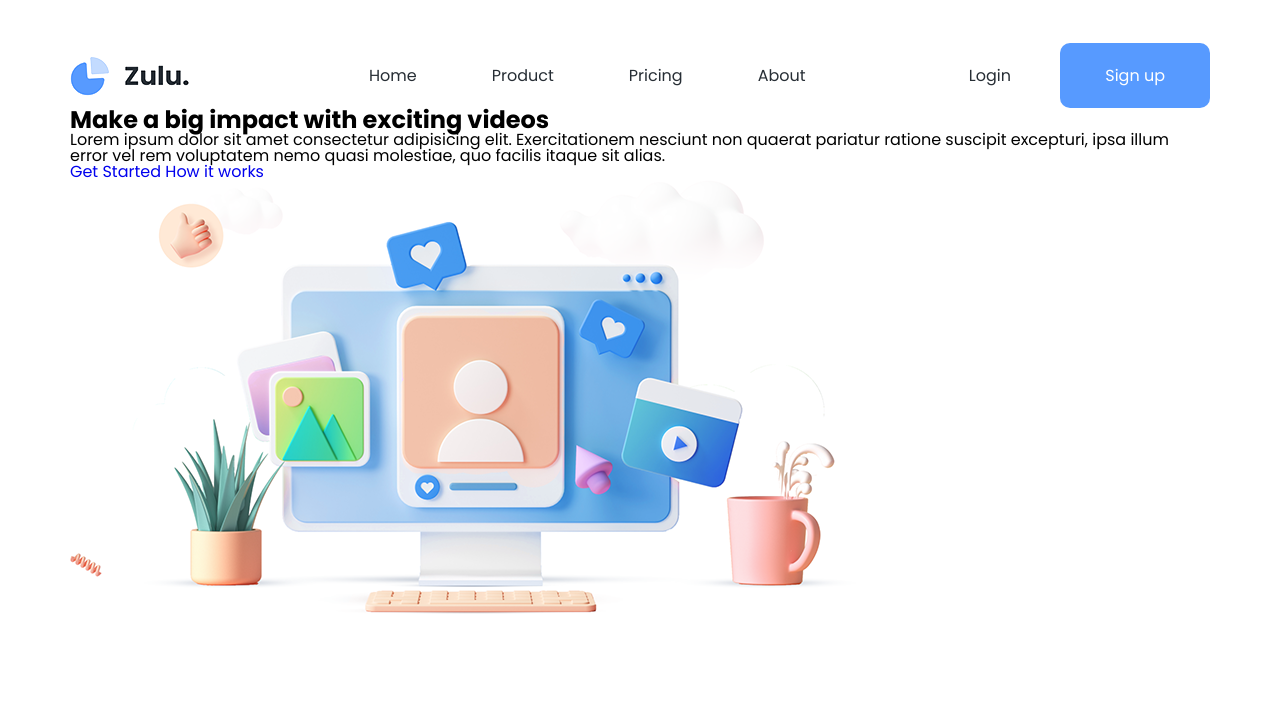
Repository: baodien1405/zulu-landing-page
Page: index.html
These files come from the project's save history. The page is drawn as it stood at one moment and after the next save; the edit follows.
The browser window is 1280 px wide. The pictures show the whole page.
The style sheet was rebuilt from its Sass, Less or Tailwind sources for each picture, by a compiler version that may differ from the author's.

Above is the page before, as saved 2021-06-22 15:38:38.

### index.html
<!DOCTYPE html>
<html lang="en">
<head>
  <meta charset="UTF-8">
  <meta http-equiv="X-UA-Compatible" content="IE=edge">
  <meta name="viewport" content="width=device-width, initial-scale=1.0">
  <link rel="preconnect" href="https://fonts.gstatic.com">
  <link href="https://fonts.googleapis.com/css2?family=Poppins:wght@300;400;600;700&display=swap" rel="stylesheet">
  <link rel="stylesheet" href="./styles.css">
  <title>Zulu</title>
</head>
<body>
  <div class="wrapper">
    <div class="container">
      <header class="header">
        <a href="index.html" class="header-logo">
          <img src="/images/logo.png" alt="" class="header-logo-image">
        </a>
        <ul class="header-menu">
          <li class="header-menu-item">
            <a href="#" class="header-menu-link">Home</a>
          </li>
          <li class="header-menu-item">
            <a href="#" class="header-menu-link">Product</a>
          </li>
          <li class="header-menu-item">
            <a href="#" class="header-menu-link">Pricing</a>
          </li>
          <li class="header-menu-item">
            <a href="#" class="header-menu-link">About</a>
          </li>
        </ul>
        <div class="header-auth">
          <a href="#" class="button">Login</a>
          <a href="#" class="button button--primary">Sign up</a>
        </div>
      </header>

      <section class="banner">
        <div class="banner-info">
          <h1 class="banner-heading">
            Make a big impact with exciting videos
          </h1>
          <p class="banner-desc">
            Lorem ipsum dolor sit amet consectetur adipisicing elit. Exercitationem nesciunt non quaerat pariatur ratione suscipit excepturi, ipsa illum error vel rem voluptatem nemo quasi molestiae, quo facilis itaque sit alias.
          </p>
          <div class="banner-links">
            <a href="#" class="button button--primary">Get Started</a>
            <a href="#" class="button button--outline">How it works</a>
          </div>
        </div>
        <img src="./images/img1.png" alt="" class="banner-image">
      </section>
    </div>
  </div>
</body>
</html>

### styles.scss
$gray-dark: #272e35;
$primary-color: #579aff;
* {
  margin: 0;
  padding: 0;
  box-sizing: border-box;
}

body {
  overflow-x: hidden;
}

img {
  display: block;
  max-width: 100%;
}

a {
  text-decoration: none;
}

body {
  font-family: "Poppins", sans-serif;
  font-size: 16px;
  line-height: 1;
  background-color: #fff;
}

.wrapper {
  max-width: 1440px;
  margin: 0 auto;
}

.container {
  max-width: 1170px;
  padding: 0 15px;
  margin: 0 auto;
}

.header {
  padding-top: 43px;
  display: flex;
  align-items: center;

  &-logo {
    display: block;
    margin-right: 180px;
  }

  &-menu {
    display: flex;
    align-items: center;
    list-style: none;

    &-item:not(:first-child) {
      margin-left: 75px;
    }

    &-link {
      color: $gray-dark;
      transition: color 0.2s ease-in-out;
      &:hover {
        color: $primary-color;
      }
    }
  }

  &-auth {
    margin-left: auto;

    .button {
      display: inline-block;
      font-size: 16px;
      padding: 20px 45px;
      color: $gray-dark;
      background-color: transparent;
      border-radius: 10px;
      line-height: normal;
      &--primary {
        color: #fff;
        background-color: $primary-color;
      }
    }
  }

}

After the next save:
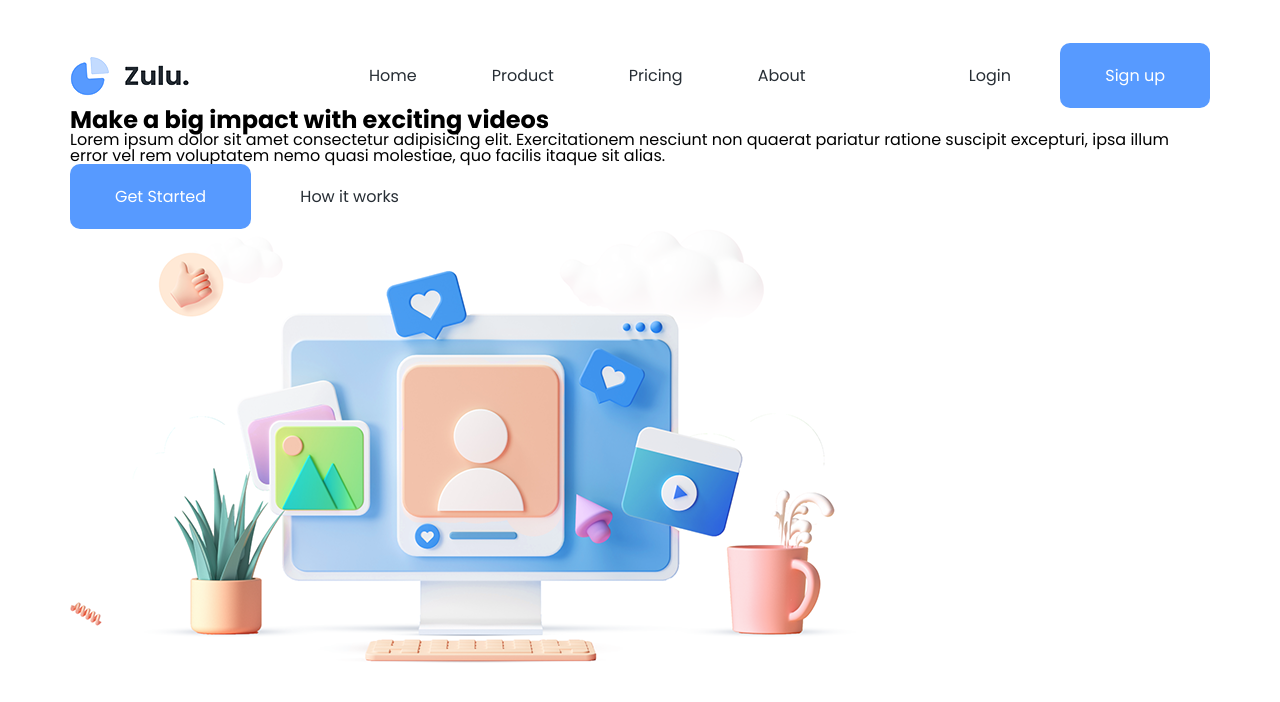
Saved 16 s later.
--- a/styles.scss
+++ b/styles.scss
@@ -37,6 +37,20 @@ body {
   margin: 0 auto;
 }
 
+.button {
+  display: inline-block;
+  font-size: 16px;
+  padding: 20px 45px;
+  color: $gray-dark;
+  background-color: transparent;
+  border-radius: 10px;
+  line-height: normal;
+  &--primary {
+    color: #fff;
+    background-color: $primary-color;
+  }
+}
+
 .header {
   padding-top: 43px;
   display: flex;
@@ -67,20 +81,6 @@ body {
 
   &-auth {
     margin-left: auto;
-
-    .button {
-      display: inline-block;
-      font-size: 16px;
-      padding: 20px 45px;
-      color: $gray-dark;
-      background-color: transparent;
-      border-radius: 10px;
-      line-height: normal;
-      &--primary {
-        color: #fff;
-        background-color: $primary-color;
-      }
-    }
   }
 
 }
